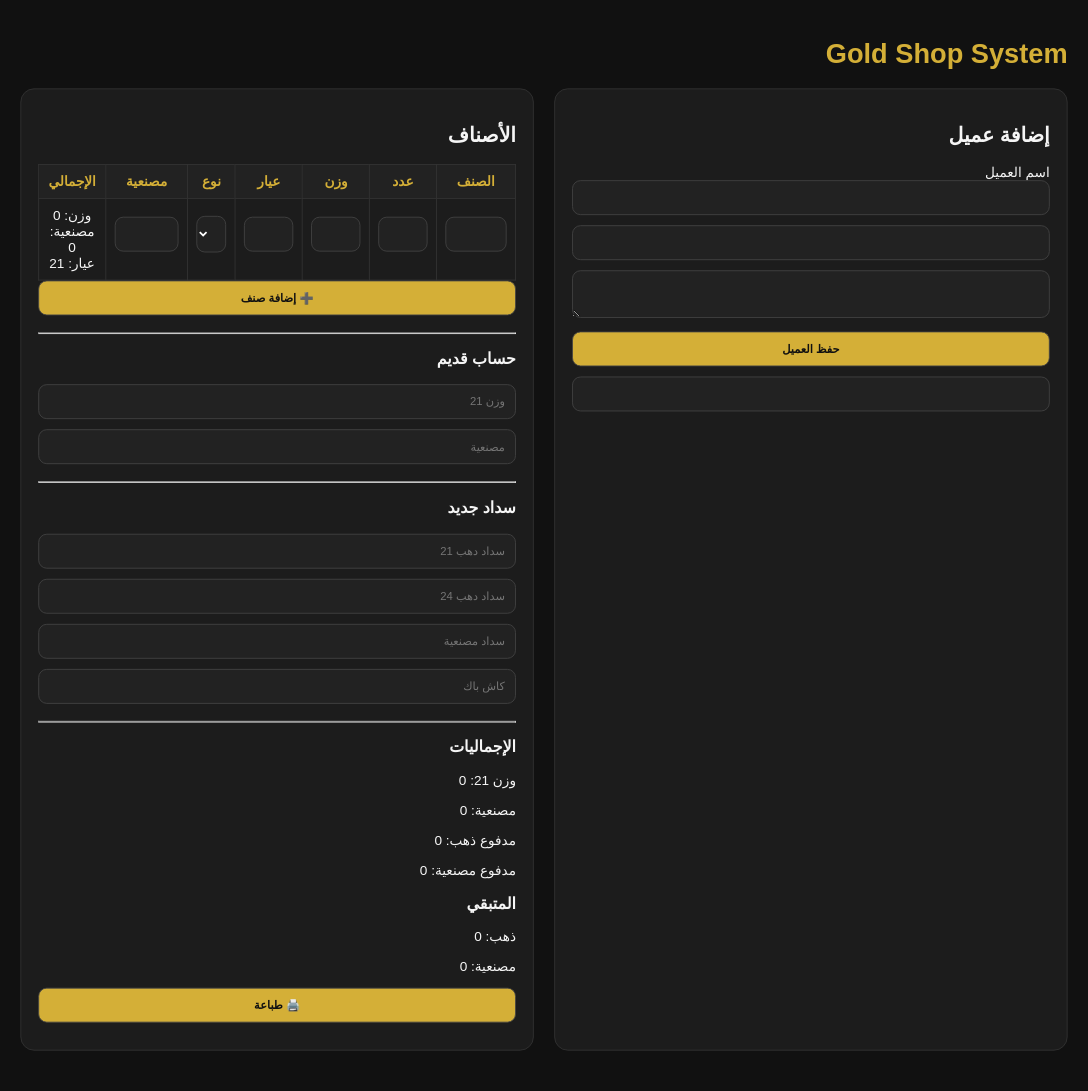
Repository: erineehab27/gold-shop
Page: /
An editor plug-in stored every save of this project. The page is shown before and after the next save, followed by the edit.
The browser window is 1280 px wide. The pictures show the whole page, at 85% of full size.
The project was rebuilt for these pictures with package versions that can differ from the ones it lists, and the page was loaded fresh each time. Also part of the build but not shown: vite.config.js, src/printpage.jsx.

Above is the page before, as saved 2026-05-11 12:30:24.

### index.html
<!doctype html>
<html lang="en">
  <head>
    <meta charset="UTF-8" />
    <link rel="icon" type="image/svg+xml" href="/favicon.svg" />
    <meta name="viewport" content="width=device-width, initial-scale=1.0" />
    <title>gold-shop-system</title>
  </head>
  <body>
    <div id="root"></div>
    <script type="module" src="/src/main.jsx"></script>
  </body>
</html>

### src/main.jsx
// import React from "react";
// import ReactDOM from "react-dom/client";
// import App from "./App.jsx";

// ReactDOM.createRoot(document.getElementById("root")).render(
//   <React.StrictMode>
//     <App />
//   </React.StrictMode>
// );





import React from "react";
import ReactDOM from "react-dom/client";
import App from "./App.jsx";
import PrintPage from "./printpage.jsx";
import { BrowserRouter, Routes, Route } from "react-router-dom";

ReactDOM.createRoot(document.getElementById("root")).render(
  <BrowserRouter>
    <Routes>
      <Route path="/" element={<App />} />
      <Route path="/print" element={<PrintPage />} />
    </Routes>
  </BrowserRouter>
);

### src/App.jsx


// import { useEffect, useState } from "react";
// import { useNavigate } from "react-router-dom";
// import "./App.css";

// export default function App() {
//   const navigate = useNavigate();
//   const [customers, setCustomers] = useState([]);
//   const [selectedCustomer, setSelectedCustomer] = useState(null);
//   const [search, setSearch] = useState("");

//   const [customerForm, setCustomerForm] = useState({
//     name: "",
//     phone: "",
//     notes: "",
//   });

//   const [invoices, setInvoices] = useState([]);

//   const [items, setItems] = useState([
//     { name: "", count: "", weight: "", karat: "", workmanship: "", type: "gram" }
//   ]);

//   const [oldGold, setOldGold] = useState("");
//   const [oldWorkmanship, setOldWorkmanship] = useState("");

//   const [payGold, setPayGold] = useState("");
//   const [payWorkmanshipNow, setPayWorkmanshipNow] = useState("");

//   useEffect(() => {
//     const savedCustomers = JSON.parse(localStorage.getItem("customers")) || [];
//     const savedInvoices = JSON.parse(localStorage.getItem("invoices")) || [];

//     setCustomers(savedCustomers);
//     setInvoices(savedInvoices);
//   }, []);

//   const fix = (num) => Number(Number(num).toFixed(2));

//   const addCustomer = (e) => {
//     e.preventDefault();
//     if (!customerForm.name) return alert("اكتب اسم العميل");

//     const newCustomer = { id: Date.now(), ...customerForm };
//     const updated = [...customers, newCustomer];

//     setCustomers(updated);
//     localStorage.setItem("customers", JSON.stringify(updated));

//     setCustomerForm({ name: "", phone: "", notes: "" });
//     alert("تم حفظ العميل ✅");
//   };

//   const handleSearch = (value) => {
//     setSearch(value);
//     const all = JSON.parse(localStorage.getItem("customers")) || [];

//     if (!value) return setCustomers(all);

//     const filtered = all.filter(
//       (c) =>
//         c.name.includes(value) ||
//         c.phone.includes(value) ||
//         String(c.id).includes(value)
//     );

//     setCustomers(filtered);
//   };

//   const handleItemChange = (index, field, value) => {
//     const updated = [...items];
//     updated[index][field] = value;
//     setItems(updated);
//   };

//   const addRow = () => {
//     setItems([
//       ...items,
//       { name: "", count: "", weight: "", karat: "", workmanship: "", type: "gram" }
//     ]);
//   };

//   // 🔥 الإجماليات (المعدلة فقط)
//   let totalWeight21 = 0;
//   let totalWorkmanship = 0;

//   items.forEach((item) => {
//     const count = Number(item.count || 0);
//     const weight = Number(item.weight || 0);
//     const karat = Number(item.karat || 0);
//     const workmanship = Number(item.workmanship || 0);

//     let itemWeight = count * weight;
//     let itemWork = 0;

//     if (item.type === "piece") {
//       itemWork = count * workmanship;
//     } else {
//       itemWork = itemWeight * workmanship;
//     }

//     // 🔥 التحويل الصح (هنا بس)
//     let weight21 = 0;

//     if (karat === 24) {
//       weight21 = (itemWeight * 999.9) / 875;
//     } else if (karat === 21) {
//       weight21 = itemWeight;
//     } else {
//       weight21 = (itemWeight * karat) / 875;
//     }

//     totalWeight21 += weight21;
//     totalWorkmanship += itemWork;
//   });

//   // حساب قديم
//   totalWeight21 += Number(oldGold || 0);
//   totalWorkmanship += Number(oldWorkmanship || 0);

//   // السداد
//   const customerInvoices = invoices.filter(
//     (inv) => inv.customer_id === selectedCustomer?.id
//   );

//   let paidGold = 0;
//   let paidWork = 0;

//   customerInvoices.forEach((inv) => {
//     paidGold += Number(inv.totalPaid21 || 0);
//     paidWork +=
//       Number(inv.workmanshipTotal || 0) -
//       Number(inv.remainingWorkmanship || 0);
//   });

//   const totalPaidGold = paidGold + Number(payGold || 0);
//   const totalPaidWork = paidWork + Number(payWorkmanshipNow || 0);

//   const remainingGold = fix(totalWeight21 - totalPaidGold);
//   const remainingWork = fix(totalWorkmanship - totalPaidWork);

//   return (
//     <div className="app">
//       <h1>Gold Shop System</h1>

//       <div className="grid">
//         {/* الشمال */}
//         <section className="card">
//           <h2>إضافة عميل</h2>

//           <form onSubmit={addCustomer}>
//             <label>اسم العميل</label>
//             <input
//               value={customerForm.name}
//               onChange={(e) =>
//                 setCustomerForm({ ...customerForm, name: e.target.value })
//               }
//             />

//             <label>رقم التليفون</label>
//             <input
//               value={customerForm.phone}
//               onChange={(e) =>
//                 setCustomerForm({ ...customerForm, phone: e.target.value })
//               }
//             />

//             <label>ملاحظات</label>
//             <textarea
//               value={customerForm.notes}
//               onChange={(e) =>
//                 setCustomerForm({ ...customerForm, notes: e.target.value })
//               }
//             />

//             <button>حفظ العميل</button>
//           </form>

//           <label>بحث</label>
//           <input value={search} onChange={(e) => handleSearch(e.target.value)} />

//           <div className="list">
//             {customers.map((c) => (
//               <div
//                 key={c.id}
//                 className="customer"
//                 onClick={() => setSelectedCustomer(c)}
//               >
//                 <strong>#{c.id} - {c.name}</strong>
//                 <span>{c.phone}</span>
//               </div>
//             ))}
//           </div>
//         </section>

//         {/* اليمين */}
//         <section className="card">
//           <h2>الأصناف</h2>

//           {selectedCustomer && <p>{selectedCustomer.name}</p>}

//           <table>
//             <thead>
//               <tr>
//                 <th>الصنف</th>
//                 <th>عدد</th>
//                 <th>وزن</th>
//                 <th>عيار</th>
//                 <th>نوع</th>
//                 <th>مصنعية</th>
//                 <th>الإجمالي</th>
//               </tr>
//             </thead>

//             <tbody>
//               {items.map((item, i) => {
//                 const count = Number(item.count || 0);
//                 const weight = Number(item.weight || 0);
//                 const karat = Number(item.karat || 0);
//                 const workmanship = Number(item.workmanship || 0);

//                 let itemWeight = count * weight;
//                 let itemWork = 0;

//                 if (item.type === "piece") {
//                   itemWork = count * workmanship;
//                 } else {
//                   itemWork = itemWeight * workmanship;
//                 }

//                 return (
//                   <tr key={i}>
//                     <td><input onChange={(e) => handleItemChange(i, "name", e.target.value)} /></td>
//                     <td><input onChange={(e) => handleItemChange(i, "count", e.target.value)} /></td>
//                     <td><input onChange={(e) => handleItemChange(i, "weight", e.target.value)} /></td>
//                     <td><input onChange={(e) => handleItemChange(i, "karat", e.target.value)} /></td>
//                     <td>
//                       <select onChange={(e) => handleItemChange(i, "type", e.target.value)}>
//                         <option value="gram">جرام</option>
//                         <option value="piece">قطعة</option>
//                       </select>
//                     </td>
//                     <td><input onChange={(e) => handleItemChange(i, "workmanship", e.target.value)} /></td>

//                     {/* ❗ متلمسناش هنا */}
//                     <td>
//                       وزن: {fix(itemWeight)} <br />
//                       مصنعية: {fix(itemWork)} <br />
//                       عيار: {karat === 24 ? "24" : "21"}
//                     </td>
//                   </tr>
//                 );
//               })}
//             </tbody>
//           </table>

//           <button onClick={addRow}>➕ إضافة صنف</button>

//           <hr />

//           <h3>حساب قديم</h3>
//           <input placeholder="وزن 21" onChange={(e) => setOldGold(e.target.value)} />
//           <input placeholder="مصنعية" onChange={(e) => setOldWorkmanship(e.target.value)} />

//           <hr />

//           <h3>سداد جديد</h3>
//           <input placeholder="سداد دهب 21" onChange={(e) => setPayGold(e.target.value)} />
//           <input placeholder="سداد مصنعية" onChange={(e) => setPayWorkmanshipNow(e.target.value)} />

//           <hr />

//           <h3>الإجماليات</h3>
//           <p>وزن 21: {fix(totalWeight21)}</p>
//           <p>مصنعية: {fix(totalWorkmanship)}</p>
//           <p>مدفوع ذهب: {fix(totalPaidGold)}</p>
//           <p>مدفوع مصنعية: {fix(totalPaidWork)}</p>

//           <h3>المتبقي</h3>
//           <p>ذهب: {remainingGold}</p>
//           <p>مصنعية: {remainingWork}</p>

//           {/* <button
//   onClick={() =>
//     navigate("/print", {
//       state: {
//         customer,
//         invoices
//       }
//     })
//   }
// >
//   🖨️ طباعة
// </button> */
// <button
//   onClick={() =>
//     navigate("/print", {
//       state: {
//         customer: selectedCustomer,
//         invoices: customerInvoices,
//         items: items, // 🔥 مهم
//         oldGold,
//         oldWorkmanship,
//         payGold,
//         payWorkmanshipNow
//       }
//     })
//   }
// >
//   🖨️ طباعة
// </button>
// }
//         </section>
//       </div>
//     </div>
//   );
// }
















import { useEffect, useState } from "react";
import { useNavigate } from "react-router-dom";
import "./App.css";

export default function App() {
  const navigate = useNavigate();
  const [customers, setCustomers] = useState([]);
  const [selectedCustomer, setSelectedCustomer] = useState(null);
  const [search, setSearch] = useState("");

  const [customerForm, setCustomerForm] = useState({
    name: "",
    phone: "",
    notes: "",
  });

  const [invoices, setInvoices] = useState([]);

  const [items, setItems] = useState([
    { name: "", count: "", weight: "", karat: "", workmanship: "", type: "gram" }
  ]);

  const [oldGold, setOldGold] = useState("");
  const [oldWorkmanship, setOldWorkmanship] = useState("");

  const [payGold, setPayGold] = useState("");
  const [payGold24, setPayGold24] = useState(""); // 🔥 جديد
  const [payWorkmanshipNow, setPayWorkmanshipNow] = useState("");
  const [cashBack, setCashBack] = useState("");   // 🔥 جديد

  useEffect(() => {
    const savedCustomers = JSON.parse(localStorage.getItem("customers")) || [];
    const savedInvoices = JSON.parse(localStorage.getItem("invoices")) || [];

    setCustomers(savedCustomers);
    setInvoices(savedInvoices);
  }, []);

  const fix = (num) => Number(Number(num).toFixed(2));

  const addCustomer = (e) => {
    e.preventDefault();
    if (!customerForm.name) return alert("اكتب اسم العميل");

    const newCustomer = { id: Date.now(), ...customerForm };
    const updated = [...customers, newCustomer];

    setCustomers(updated);
    localStorage.setItem("customers", JSON.stringify(updated));

    setCustomerForm({ name: "", phone: "", notes: "" });
    alert("تم حفظ العميل ✅");
  };

  const handleSearch = (value) => {
    setSearch(value);
    const all = JSON.parse(localStorage.getItem("customers")) || [];

    if (!value) return setCustomers(all);

    const filtered = all.filter(
      (c) =>
        c.name.includes(value) ||
        c.phone.includes(value) ||
        String(c.id).includes(value)
    );

    setCustomers(filtered);
  };

  const handleItemChange = (index, field, value) => {
    const updated = [...items];
    updated[index][field] = value;
    setItems(updated);
  };

  const addRow = () => {
    setItems([
      ...items,
      { name: "", count: "", weight: "", karat: "", workmanship: "", type: "gram" }
    ]);
  };

  // 🔥 الحساب (زي ما هو + تعديل التحويل فقط)
  let totalWeight21 = 0;
  let totalWorkmanship = 0;

  items.forEach((item) => {
    const count = Number(item.count || 0);
    const weight = Number(item.weight || 0);
    const karat = Number(item.karat || 0);
    const workmanship = Number(item.workmanship || 0);

    let itemWeight = count * weight;
    let itemWork = 0;

    if (item.type === "piece") {
      itemWork = count * workmanship;
    } else {
      itemWork = itemWeight * workmanship;
    }

    // 🔥 التحويل الصح
    let weight21 = 0;

    if (karat === 24) {
      weight21 = (itemWeight * 999.9) / 875;
    } else if (karat === 21) {
      weight21 = itemWeight;
    } else {
      weight21 = (itemWeight * karat) / 875;
    }

    totalWeight21 += weight21;
    totalWorkmanship += itemWork;
  });

  // حساب قديم
  totalWeight21 += Number(oldGold || 0);
  totalWorkmanship += Number(oldWorkmanship || 0);

  // السداد القديم
  const customerInvoices = invoices.filter(
    (inv) => inv.customer_id === selectedCustomer?.id
  );

  let paidGold = 0;
  let paidWork = 0;

  customerInvoices.forEach((inv) => {
    paidGold += Number(inv.totalPaid21 || 0);
    paidWork +=
      Number(inv.workmanshipTotal || 0) -
      Number(inv.remainingWorkmanship || 0);
  });

  // 🔥 تحويل سداد 24 → 21
  const payGold24_to21 = (Number(payGold24 || 0) * 999.9) / 875;

  const totalPaidGold =
    paidGold +
    Number(payGold || 0) +
    payGold24_to21;

  const totalPaidWork =
    paidWork +
    Number(payWorkmanshipNow || 0) +
    Number(cashBack || 0);

  const remainingGold = fix(totalWeight21 - totalPaidGold);
  const remainingWork = fix(totalWorkmanship - totalPaidWork);

  return (
    <div className="app">
      <h1>Gold Shop System</h1>

      <div className="grid">
        {/* الشمال */}
        <section className="card">
          <h2>إضافة عميل</h2>

          <form onSubmit={addCustomer}>
            <label> اسم العميل</label>
            <input
              value={customerForm.name}
              onChange={(e) =>
                setCustomerForm({ ...customerForm, name: e.target.value })
              }
            />
            <label> </label>
            <input
              value={customerForm.phone}
              onChange={(e) =>
                setCustomerForm({ ...customerForm, phone: e.target.value })
              }
            />
            <textarea
              value={customerForm.notes}
              onChange={(e) =>
                setCustomerForm({ ...customerForm, notes: e.target.value })
              }
            />
            <button>حفظ العميل</button>
          </form>

          <input value={search} onChange={(e) => handleSearch(e.target.value)} />

          <div className="list">
            {customers.map((c) => (
              <div key={c.id} onClick={() => setSelectedCustomer(c)}>
                {c.name}
              </div>
            ))}
          </div>
        </section>

        {/* اليمين */}
        <section className="card">
          <h2>الأصناف</h2>

          {selectedCustomer && <p>{selectedCustomer.name}</p>}

          {/* ❗❗❗ الجزء دا متلمسش خالص زي ما هو */}
          <table>
            <thead>
              <tr>
                <th>الصنف</th>
                <th>عدد</th>
                <th>وزن</th>
                <th>عيار</th>
                <th>نوع</th>
                <th>مصنعية</th>
                <th>الإجمالي</th>
              </tr>
            </thead>

            <tbody>
              {items.map((item, i) => {
                const count = Number(item.count || 0);
                const weight = Number(item.weight || 0);
                const karat = Number(item.karat || 0);
                const workmanship = Number(item.workmanship || 0);

                let itemWeight = count * weight;
                let itemWork = 0;

                if (item.type === "piece") {
                  itemWork = count * workmanship;
                } else {
                  itemWork = itemWeight * workmanship;
                }

                return (
                  <tr key={i}>
                    <td><input onChange={(e) => handleItemChange(i, "name", e.target.value)} /></td>
                    <td><input onChange={(e) => handleItemChange(i, "count", e.target.value)} /></td>
                    <td><input onChange={(e) => handleItemChange(i, "weight", e.target.value)} /></td>
                    <td><input onChange={(e) => handleItemChange(i, "karat", e.target.value)} /></td>
                    <td>
                      <select onChange={(e) => handleItemChange(i, "type", e.target.value)}>
                        <option value="gram">جرام</option>
                        <option value="piece">قطعة</option>
                      </select>
                    </td>
                    <td><input onChange={(e) => handleItemChange(i, "workmanship", e.target.value)} /></td>
                    <td>
                      وزن: {fix(itemWeight)} <br />
                      مصنعية: {fix(itemWork)} <br />
                      عيار: {karat === 24 ? "24" : "21"}
                    </td>
                  </tr>
                );
              })}
            </tbody>
          </table>

          <button onClick={addRow}>➕ إضافة صنف</button>

          <hr />

          <h3>حساب قديم</h3>
          <input placeholder="وزن 21" onChange={(e) => setOldGold(e.target.value)} />
          <input placeholder="مصنعية" onChange={(e) => setOldWorkmanship(e.target.value)} />

          <hr />

          <h3>سداد جديد</h3>
          <input placeholder="سداد دهب 21" onChange={(e) => setPayGold(e.target.value)} />
          <input placeholder="سداد دهب 24" onChange={(e) => setPayGold24(e.target.value)} />
          <input placeholder="سداد مصنعية" onChange={(e) => setPayWorkmanshipNow(e.target.value)} />
          <input placeholder="كاش باك" onChange={(e) => setCashBack(e.target.value)} />

          <hr />

          <h3>الإجماليات</h3>
          <p>وزن 21: {fix(totalWeight21)}</p>
          <p>مصنعية: {fix(totalWorkmanship)}</p>
          <p>مدفوع ذهب: {fix(totalPaidGold)}</p>
          <p>مدفوع مصنعية: {fix(totalPaidWork)}</p>

          <h3>المتبقي</h3>
          <p>ذهب: {remainingGold}</p>
          <p>مصنعية: {remainingWork}</p>

          <button
            onClick={() =>
              navigate("/print", {
                state: {
                  customer: selectedCustomer,
                  invoices: customerInvoices,
                  items,
                  oldGold,
                  oldWorkmanship,
                  payGold,
                  payGold24,
                  payWorkmanshipNow,
                  cashBack
                }
              })
            }
          >
            🖨️ طباعة
          </button>
        </section>
      </div>
    </div>
  );
}

### src/App.css
body {
  margin: 0;
  font-family: Arial, sans-serif;
  background: #111;
  color: #f5f5f5;
  direction: rtl;
}

.app {
  padding: 24px;
}

h1 {
  color: #d4af37;
}

.grid {
  display: grid;
  grid-template-columns: 1fr 1fr;
  gap: 24px;
}

.card {
  background: #1c1c1c;
  border: 1px solid #333;
  border-radius: 16px;
  padding: 20px;
  margin-bottom: 24px;
}

input,
textarea,
select,
button {
  width: 100%;
  padding: 12px;
  margin-bottom: 12px;
  border-radius: 10px;
  border: 1px solid #444;
  box-sizing: border-box;
}

input,
textarea,
select {
  background: #222;
  color: white;
}

button {
  background: #d4af37;
  color: #111;
  font-weight: bold;
  cursor: pointer;
}

.customer {
  padding: 12px;
  background: #222;
  margin-bottom: 8px;
  border-radius: 10px;
  cursor: pointer;
}

.customer:hover {
  background: #333;
}

.customer span {
  display: block;
  color: #aaa;
  margin-top: 4px;
}

table {
  width: 100%;
  border-collapse: collapse;
  margin-top: 16px;
}

th,
td {
  border: 1px solid #333;
  padding: 10px;
  text-align: center;
}

th {
  background: #222;
  color: #d4af37;
}

.debt {
  color: #ff6b6b;
}

.credit {
  color: #4ade80;
}

After the next save:
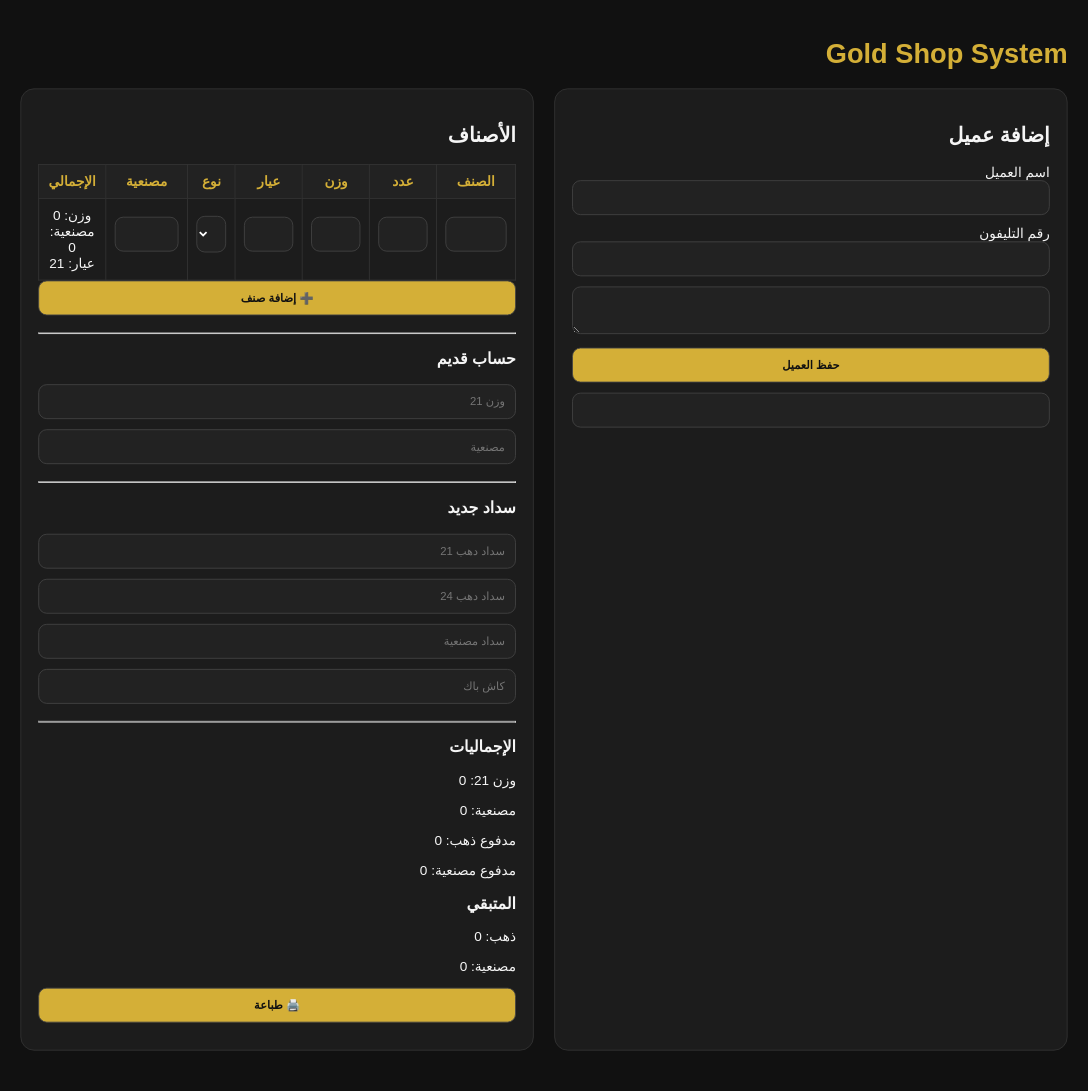
Saved 5 s later.
--- a/src/App.jsx
+++ b/src/App.jsx
@@ -501,7 +501,7 @@ export default function App() {
                 setCustomerForm({ ...customerForm, name: e.target.value })
               }
             />
-            <label> </label>
+            <label> رقم التليفون</label>
             <input
               value={customerForm.phone}
               onChange={(e) =>
